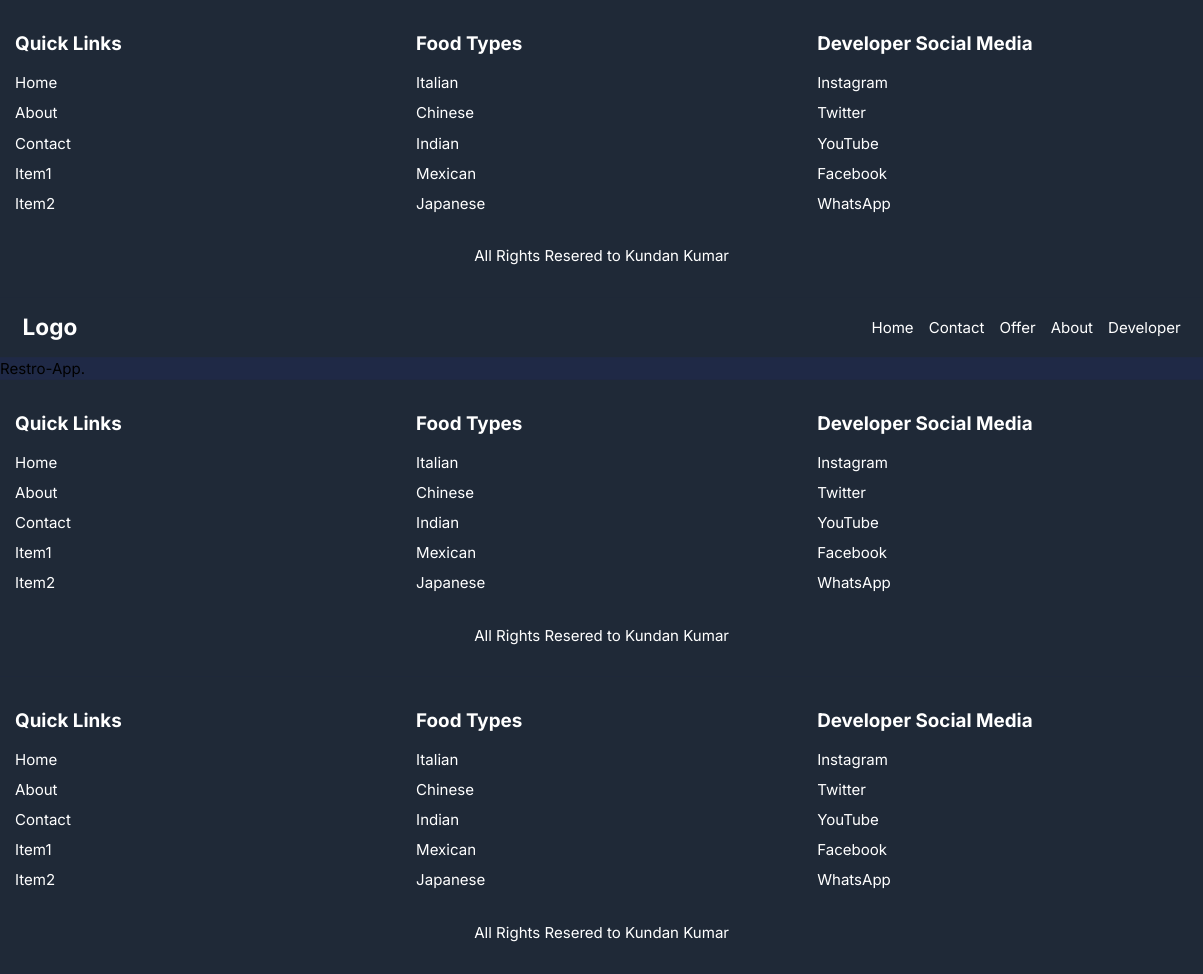
Repository: its-kundan/food-on-time
Page: /
The author's editor kept a copy of each file at every save. The page is drawn from the files as they stood at one save, then again after the next save.
The browser window is 1280 px wide. The pictures show the whole page, at 94% of full size.
The project was rebuilt for these pictures with package versions that can differ from the ones it lists, and the page was loaded fresh each time. The framework's server and built-in components were replaced by stand-ins that run in the browser. Also part of the build but not shown: next.config.mjs.

Above is the page before, as saved 2024-07-25 09:01:58.

### src/app/layout.js
import { Inter } from "next/font/google";
import "./globals.css";

import Footer from "./_components/Footer";
import Header from "./_components/Footer";

const inter = Inter({ subsets: ["latin"] });

export const metadata = {
  title: "Create Next App",
  description: "Generated by create next app",
};

export default function RootLayout({ children }) {
  return (
    <html lang="en">
      <Header/>
      <body className={inter.className}>{children}</body>
      <Footer />
    </html>
  );
}

### src/app/page.js
import Image from "next/image";
import Footer from "./_components/Footer";
import Header from "./_components/Header";

export default function Home() {
  return (
   <main className="bg-grey-800">
    <Header/>
    Restro-App.
    <Footer/>


   </main>
  );
}

### src/app/globals.css
@tailwind base;
@tailwind components;
@tailwind utilities;
body{
  background-color: rgb(31, 41, 70); /* For background color */
  /* color: white; */
}
/*
:root {
  --foreground-rgb: 0, 0, 0;
  --background-start-rgb: 214, 219, 220;
  --background-end-rgb: 255, 255, 255;
}

@media (prefers-color-scheme: dark) {
  :root {
    --foreground-rgb: 255, 255, 255;
    --background-start-rgb: 0, 0, 0;
    --background-end-rgb: 0, 0, 0;
  }
}

body {
  color: rgb(var(--foreground-rgb));
  background: linear-gradient(
      to bottom,
      transparent,
      rgb(var(--background-end-rgb))
    )
    rgb(var(--background-start-rgb));
}

@layer utilities {
  .text-balance {
    text-wrap: balance;
  }
} */

### src/app/_components/Footer.jsx
import React from 'react';

const Footer = () => {
  return (
    <footer className="bg-gray-800 text-white py-8 mt-auto">
      <div className="container mx-auto px-4">
        <div className="grid grid-cols-1 md:grid-cols-3 gap-8">
          {/* First Column */}
          <div>
            <h3 className="text-xl font-bold mb-4">Quick Links</h3>
            <ul>
              <li className="mb-2"><a href="#">Home</a></li>
              <li className="mb-2"><a href="#">About</a></li>
              <li className="mb-2"><a href="#">Contact</a></li>
              <li className="mb-2"><a href="#">Item1</a></li>
              <li className="mb-2"><a href="#">Item2</a></li>
            </ul>
          </div>

          {/* Second Column */}
          <div>
            <h3 className="text-xl font-bold mb-4">Food Types</h3>
            <ul>
              <li className="mb-2"><a href="#">Italian</a></li>
              <li className="mb-2"><a href="#">Chinese</a></li>
              <li className="mb-2"><a href="#">Indian</a></li>
              <li className="mb-2"><a href="#">Mexican</a></li>
              <li className="mb-2"><a href="#">Japanese</a></li>
            </ul>
          </div>

          {/* Third Column */}
          <div>
            <h3 className="text-xl font-bold mb-4">Developer Social Media</h3>
            <ul>
              <li className="mb-2"><a href="#">Instagram</a></li>
              <li className="mb-2"><a href="#">Twitter</a></li>
              <li className="mb-2"><a href="#">YouTube</a></li>
              <li className="mb-2"><a href="#">Facebook</a></li>
              <li className="mb-2"><a href="#">WhatsApp</a></li>
            </ul>
          </div>
        </div>
        <br/>
        <p className='text-center '> All Rights Resered to Kundan Kumar</p>
      </div>
    </footer>
  );
};

export default Footer;

### src/app/_components/Header.jsx
"use client"
// components/Header.js
import Link from 'next/link';
import { useState } from 'react';

const Header = () => {
  const [isDropdownOpen, setIsDropdownOpen] = useState(false);

  return (
    <header className="bg-gray-800 text-white">
      <div className="container mx-auto flex justify-between items-center py-4 px-6">
        <div className="flex items-center">
          <Link href="/" className="text-2xl font-bold">
            Logo
          </Link>
        </div>
        <nav className="flex space-x-4">
          <Link href="/" className="hover:text-gray-400">
            Home
          </Link>
          <Link href="/contact" className="hover:text-gray-400">
            Contact
          </Link>
          <div className="relative">
            <button
              onClick={() => setIsDropdownOpen(!isDropdownOpen)}
              className="hover:text-gray-400"
            >
              Offer
            </button>
            {isDropdownOpen && (
              <div className="absolute bg-gray-700 text-white mt-2 rounded-md shadow-lg z-10">
                <ul>
                  <li><a href="#" className="block px-4 py-2 hover:bg-gray-600">Offer Item 1</a></li>
                  <li><a href="#" className="block px-4 py-2 hover:bg-gray-600">Offer Item 2</a></li>
                  <li><a href="#" className="block px-4 py-2 hover:bg-gray-600">Offer Item 3</a></li>
                  <li><a href="#" className="block px-4 py-2 hover:bg-gray-600">Offer Item 4</a></li>
                  <li><a href="#" className="block px-4 py-2 hover:bg-gray-600">Offer Item 5</a></li>
                </ul>
              </div>
            )}
          </div>
          <Link href="/about" className="hover:text-gray-400">
            About
          </Link>
          <Link href="/developer" className="hover:text-gray-400">
            Developer
          </Link>
        </nav>
      </div>
    </header>
  );
};

export default Header;

Loaded but not shown: tailwind.config.js (common file)

After the next save:
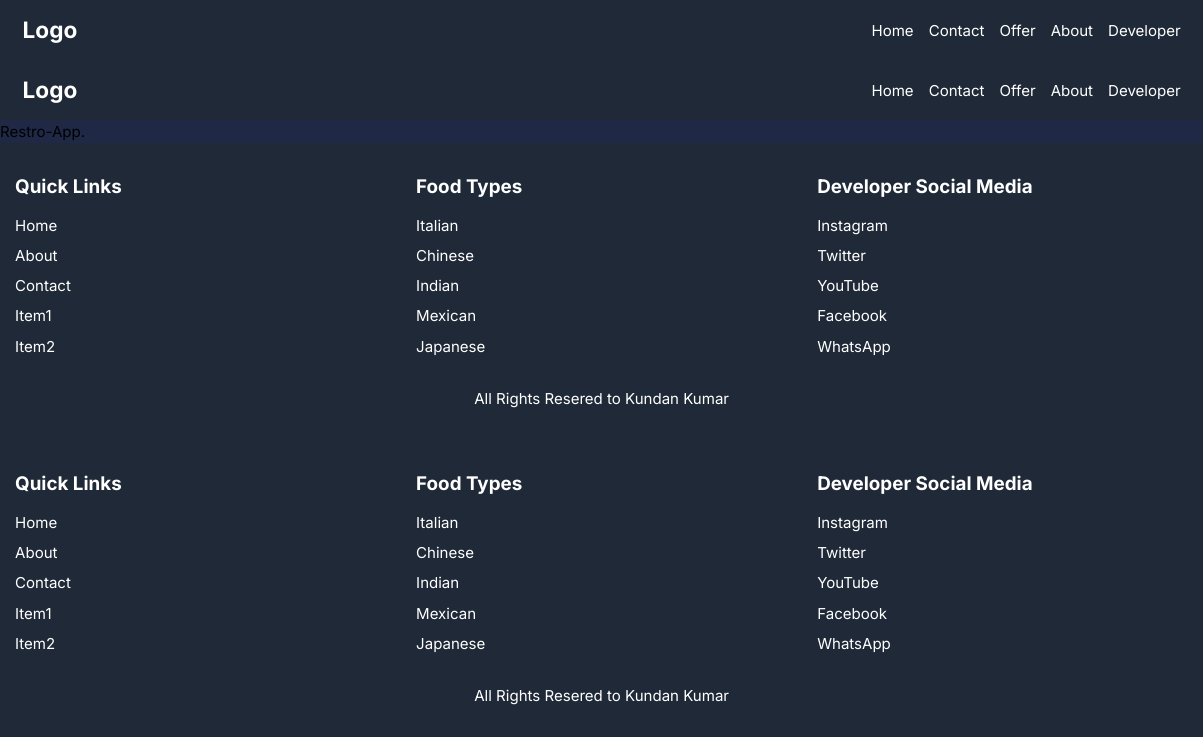
Saved 5 s later.
--- a/src/app/layout.js
+++ b/src/app/layout.js
@@ -2,7 +2,7 @@ import { Inter } from "next/font/google";
 import "./globals.css";
 
 import Footer from "./_components/Footer";
-import Header from "./_components/Footer";
+import Header from "./_components/Header";
 
 const inter = Inter({ subsets: ["latin"] });
 
